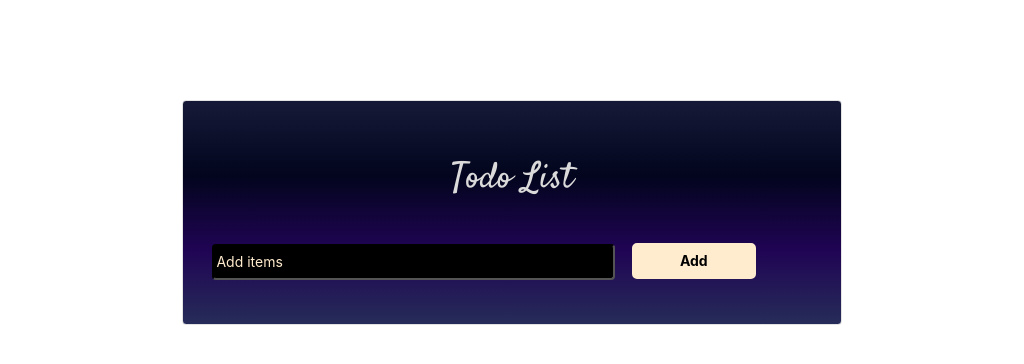
Repository: arpana23/Todo-list
Page: /
These files come from the project's save history. The page is drawn as it stood at one moment and after the next save; the edit follows.
The browser window is 1024 px wide. The pictures show the whole page.
Some web libraries are served in a nearby version. The project was rebuilt for these pictures with package versions that can differ from the ones it lists, and the page was loaded fresh each time. Also part of the build but not shown: src/Todolist.js.

Above is the page before, as saved 2021-04-17 22:26:07.

### public/index.html
<!DOCTYPE html>
<html lang="en">
  <head>
    <meta charset="utf-8" />
    <link rel="icon" href="%PUBLIC_URL%/favicon.ico" />
    <meta name="viewport" content="width=device-width, initial-scale=1" />
    <meta name="theme-color" content="#000000" />
    <meta
      name="description"
      content="Web site created using create-react-app"
    />
    <link rel="apple-touch-icon" href="%PUBLIC_URL%/logo192.png" />
    <!--
      manifest.json provides metadata used when your web app is installed on a
      user's mobile device or desktop. See https://developers.google.com/web/fundamentals/web-app-manifest/
    -->
    <script src="https://kit.fontawesome.com/94ade1d1ca.js" crossorigin="anonymous"></script>
    <link rel="preconnect" href="https://fonts.gstatic.com">
    <link href="https://fonts.googleapis.com/css2?family=Satisfy&display=swap" rel="stylesheet">
    <link rel="manifest" href="%PUBLIC_URL%/manifest.json" />
    <!-- Latest compiled and minified CSS -->
    <link rel="stylesheet" href="https://maxcdn.bootstrapcdn.com/bootstrap/3.4.1/css/bootstrap.min.css">

    <!-- jQuery library -->
    <script src="https://ajax.googleapis.com/ajax/libs/jquery/3.5.1/jquery.min.js"></script>

    <!-- Latest compiled JavaScript -->
    <script src="https://maxcdn.bootstrapcdn.com/bootstrap/3.4.1/js/bootstrap.min.js"></script>

    <!--
      Notice the use of %PUBLIC_URL% in the tags above.
      It will be replaced with the URL of the `public` folder during the build.
      Only files inside the `public` folder can be referenced from the HTML.

      Unlike "/favicon.ico" or "favicon.ico", "%PUBLIC_URL%/favicon.ico" will
      work correctly both with client-side routing and a non-root public URL.
      Learn how to configure a non-root public URL by running `npm run build`.
    -->
    <title>React App</title>
  </head>
  <body>
    <noscript>You need to enable JavaScript to run this app.</noscript>
    <div id="root"></div>
    <!--
      This HTML file is a template.
      If you open it directly in the browser, you will see an empty page.

      You can add webfonts, meta tags, or analytics to this file.
      The build step will place the bundled scripts into the <body> tag.

      To begin the development, run `npm start` or `yarn start`.
      To create a production bundle, use `npm run build` or `yarn build`.
    -->
  </body>
</html>

### src/App.js
import React, { useState } from 'react';
import Todolist from './Todolist';
import './App.css';

const App = () => {


  const [inputItem , setInputItem] = useState("");
  const [itemList , setItemList] = useState([]);

  const handleChange = (e) => {
    setInputItem(e.target.value);
  }

  const addItems = (e) => {
    e.preventDefault();
    setItemList((olditems) => {
      return [...olditems, inputItem];
    });
    setInputItem("");
  }

  const updateItem = (id) => {
    let item =  itemList.map((olditems,index,data) => {
      if(index === id) {
        setInputItem(data.splice(index,1));
        olditems = !olditems;
      }
      return [olditems];
      }
    )
    return item;
  }

  const deleteItem = (id) => {
    setItemList((olditems) => {
      return olditems.filter((arrElement,index) => {
        return index !== id;
        // if(index !== id) {
        //   return [...arrElement];
        // }
      })
    })
  }


 return (
  <>
    <div className="main-container">
      <div className="flex-container">
        <div className="well">
          <br />
            <h1 className="title text-center">Todo List</h1>
          <br />
          <div>
            <input type="text" className="addInput" max="10" min="1" placeholder="Add items" value={inputItem} onChange={handleChange}/>
            <button type="submit" className="btn" onClick={addItems}> Add </button>
            <ul className="list-group">
              {
                itemList.map((data,index) => {
                  return <Todolist
                  key= {index}
                  id= {index}
                  list= {data}
                  onEdit= {updateItem}
                  onSelect= {deleteItem}
                  />
                })
              }
            </ul>
          </div>
        </div>
      </div>
    </div>

  </>
 )
}

export default App;

### src/App.css
.App {
  text-align: center;
}

.main-container {
  display: flex;
  flex-direction: column;
  justify-content: center;
}

.flex-container {
  display: flex;
  flex-direction: column;
  align-items: center;
  margin: 100px;
}

.well {
  background-image: linear-gradient(rgb(22, 26, 56),rgb(2, 5, 29),rgb(32, 4, 84),rgb(38, 44, 89));
  width: 40%;
}

.addInput {
  margin: 18px;
  width: 70%;
  height: 5vh;
  border-radius: 4px;
  background-color: black;
  outline: black;
  border-color: black;
  color:blanchedalmond;
  font-size: 14px;
}

.addInput::placeholder {
  color:blanchedalmond;
  margin-left: 2px;
}

.btn {
  margin: 3px;
  width: 20%;
  height: 5.5vh;
  border-radius: 5px;
  margin-top: -2px;
  font-weight: bold;
  background-color: blanchedalmond;
  color: black;
  outline: transparent;
  border: 2px solid blanchedalmond;
}

.btn:hover {
  background-color: blueviolet;
  color: black;
  font-weight: bold;
  outline: transparent;
  border-color: transparent;
}

.btn::-webkit-validation-bubble-arrow-clipper {
  background-color: blueviolet;
  color: black;
  outline: transparent;
  border-color: transparent;
}

.list-group {
  margin: 11px;
}

.mylist {
  /* border: 1px solid black; */
  margin-top: 10px;
  margin-bottom: 10px;
  text-align: justify;
  /* border-radius: 7px; */
}

.list-group-item {
  word-wrap: break-word;
  background-image: linear-gradient(rgb(32, 4, 84),rgb(38, 44, 89));
}

.my-text {
  margin-right: 3px;
  word-wrap: break-word;
  color: blanchedalmond;
}

.ed-del {
  display: flex;
  flex-direction: row;
  margin-top: -20px;
  justify-content: flex-end;
  align-items: center;
}

.fas {
  font-size: 20px;
  margin: 3px;
  display: flex;
  flex-direction: row;
  /* margin: 7px; */
  align-items: center;
}

.title {
  color: #dadada ;
  font-family: 'Satisfy', cursive;
}

.fa-trash {
  color: rgb(45, 30, 255);
}

.fa-edit {
  color:rgb(221, 84, 203);
}

@media screen and (max-width: 480px) {

  .flex-container {
    margin: 0px;
  }

  .well {
    width: 98%;
  }

  .addInput {
    margin: 14px;
    margin-left: 9px;
    width: 90%;
    height: 5vh;
  }

  .btn {
    margin: 3px;
    margin-left: 9px;
    width: 40%;
    height: 4.7vh;
    border-radius: 5px;
    margin-top: -2px;
    font-weight: bold;
    padding: 2px;
  }

  .my-text {
    margin-right: 1px;
  }

  .fas {
    font-size: 14px;
  }

}

@media screen and (min-width: 481px) and (max-width: 768px) {
  .flex-container {
    margin: 0px;
  }

  .well {
    width: 95%;
  }

  .addInput {
    margin: 14px;
    margin-left: 9px;
    width: 95%;
    height: 5.5vh;
  }

  .btn {
    /* margin: 3px; */
    margin-left: 14px;
    width: 20%;
    padding: 2px;
  }
}

@media screen and (min-width: 769px) and (max-width: 992px) {
  .well {
    width: 90%;
  }

  .addInput {
    margin: 14px;
    margin-left:  10px;
    width: 95%;
    height: 5.5vh;
  }

  .btn {
    margin-left: 14px;
    height: 5vh;
  }

  .my-text {
    margin-right: 3px;
  }

  .fas {
    font-size: 20px;
    margin: 3px;
    display: flex;
    flex-direction: row;
    /* margin: 7px; */
    align-items: center;
  }

}

@media screen and (min-width: 993px) and (max-width: 1024px) {

  .well {
    width: 80%;
  }

  .addInput {
    margin: 14px;
    margin-left: 10px;
    width: 65%;
  }

  .btn {
    height: 5vh;
  }

  .my-text {
    margin-right: 3px;
  }

  .fas {
    font-size: 20px;
    margin: 3px;
    display: flex;
    flex-direction: row;
    /* margin: 7px; */
    align-items: center;
  }

}

Loaded but not shown: src/index.js (common file); src/index.css (common file); src/reportWebVitals.js (common file)

After the next save:
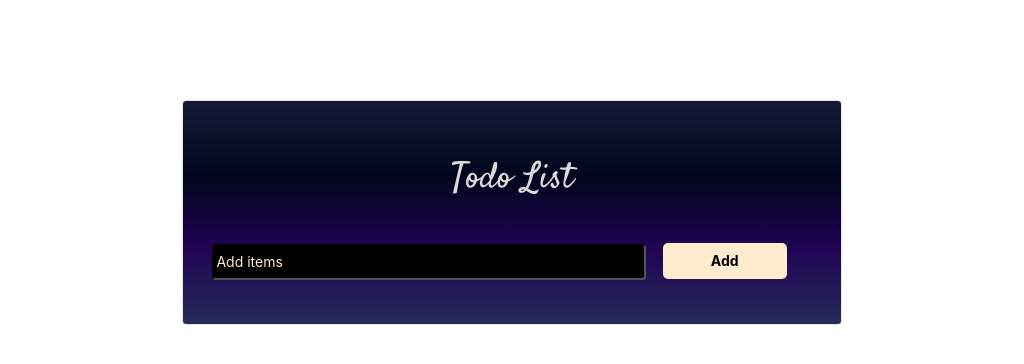
Saved 26 s later.
--- a/src/App.css
+++ b/src/App.css
@@ -221,7 +221,7 @@
   .addInput {
     margin: 14px;
     margin-left: 10px;
-    width: 65%;
+    width: 70%;
   }
 
   .btn {
